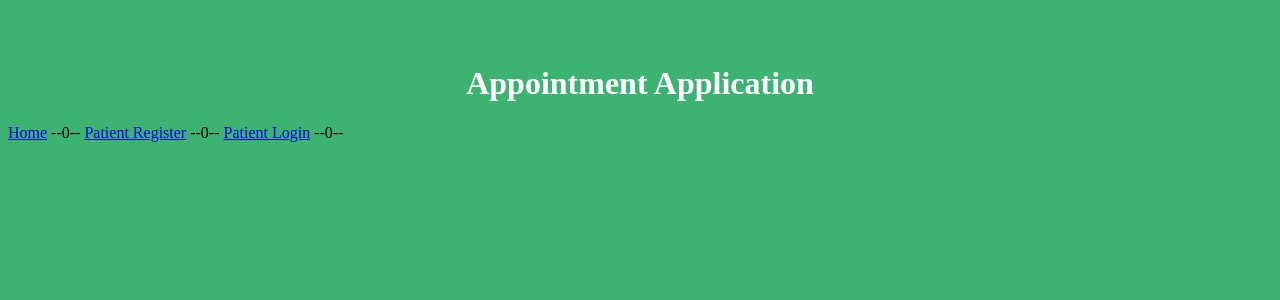
Repository: lsamirl/Exemples
Page: Doctor/WebContent/index.html
An editor plug-in stored every save of this project. The page is shown before and after the next save, followed by the edit.
The browser window is 1280 px wide. The pictures show the whole page.

Above is the page before, as saved 2021-06-29 01:25:43.

### Doctor/WebContent/index.html
<html>
<body bgcolor="MediumSeaGreen ">
<br><br>
<h1 align="center" style="color:white;">Appointment Application</h1>

<table>
<a href="index.html">Home</a> --0--
<a href="Patient_register.html">Patient Register</a> --0--
<a href="Patient_login.html">Patient Login</a> --0--

</table>
</body>
</html>

After the next save:
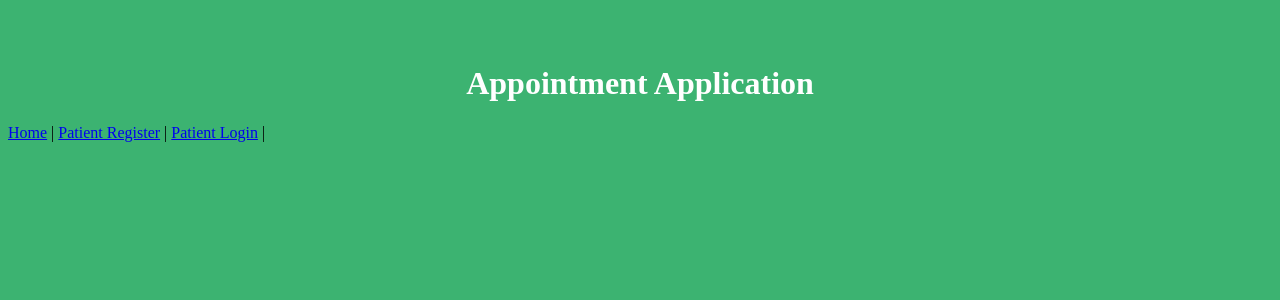
Saved 112 s later.
--- a/Doctor/WebContent/index.html
+++ b/Doctor/WebContent/index.html
@@ -3,10 +3,10 @@
 <br><br>
 <h1 align="center" style="color:white;">Appointment Application</h1>
 
-<table>
-<a href="index.html">Home</a> --0--
-<a href="Patient_register.html">Patient Register</a> --0--
-<a href="Patient_login.html">Patient Login</a> --0--
+<table size="100">
+<a href="index.html">Home</a> |
+<a href="Patient_register.html">Patient Register</a> |
+<a href="Patient_login.html">Patient Login</a> |
 
 </table>
 </body>
